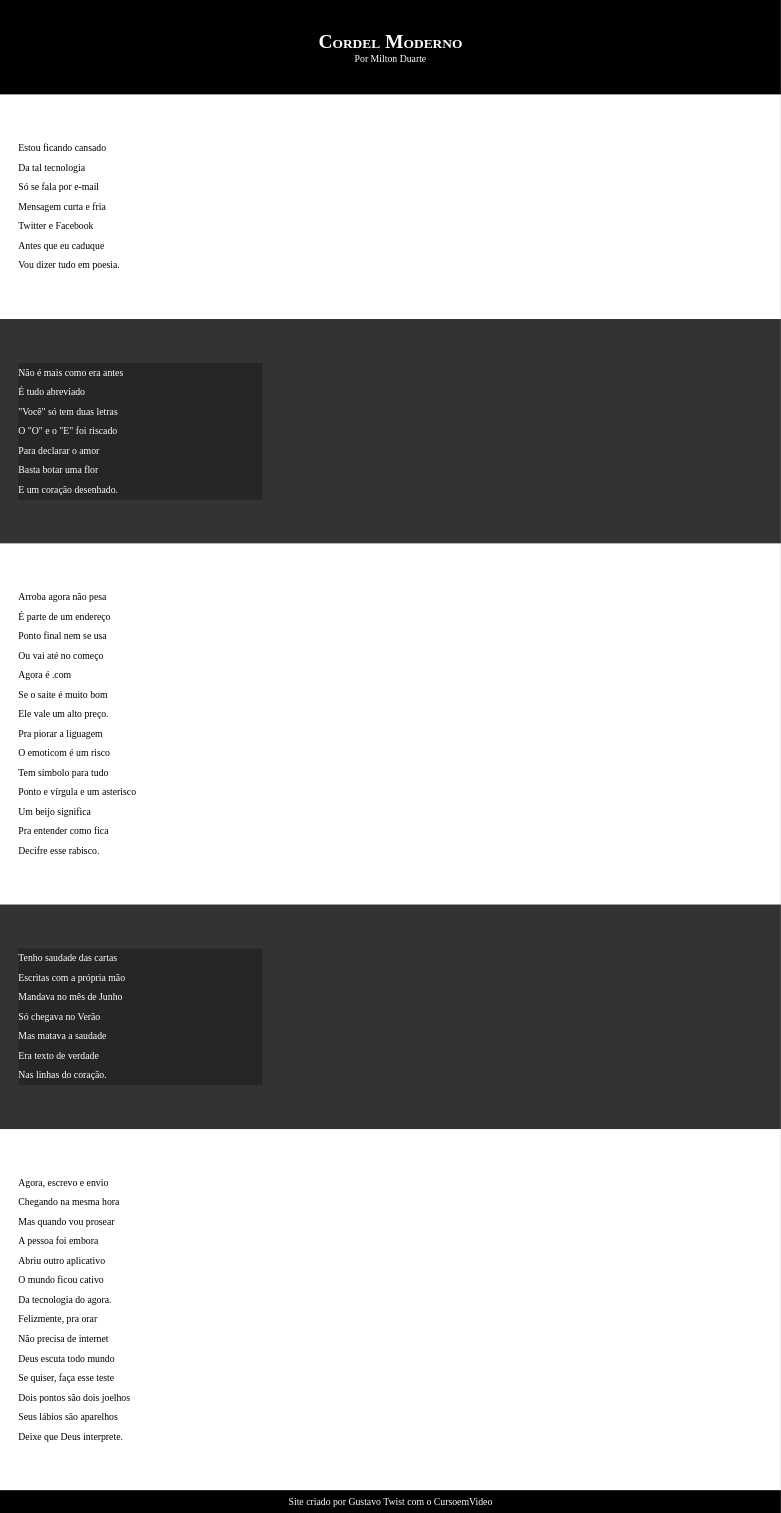
Repository: gustavotwist/projeto-cordel
Page: index.html
An editor plug-in stored every save of this project. The page is shown before and after a run of saves, followed by the edit.
The browser window is 1280 px wide. The pictures show the whole page, at 61% of full size.
Some web fonts or font styles are not loaded; a fallback is used.

Above is the page before, as saved 2024-04-23 19:29:22.

### index.html
<!DOCTYPE html>
<html lang="pt-br">
<head>
    <meta charset="UTF-8">
    <meta name="viewport" content="width=device-width, initial-scale=1.0">
    <title>Cordel Moderno</title>
    <link rel="stylesheet" href="estilo/style.css">
</head>
<body>
    <header>
        <h1>
            Cordel Moderno
        </h1>
        <p>
            Por <a href="https://www.recantodasletras.com.br/poesias/3186743" target="_blank">Milton Duarte</a>
        </p>
    </header>

    <section class="normal">
        <p>
            Estou ficando cansado <br>
            Da tal tecnologia <br>
            Só se fala por e-mail <br>
            Mensagem curta e fria <br>
            Twitter e Facebook <br>
            Antes que eu caduque <br>
            Vou dizer tudo em poesia.
        </p>
    </section>

    <section class="imagem">
        <p>
            Não é mais como era antes <br>
            É tudo abreviado <br>
            "Você" só tem duas letras <br>
            O "O" e o "E" foi riscado <br>
            Para declarar o amor <br>
            Basta botar uma flor <br>
            E um coração desenhado.
        </p>
    </section>

    <section class="normal">
        <p>
            Arroba agora não pesa <br>
            É parte de um endereço <br>
            Ponto final nem se usa <br>
            Ou vai até no começo <br>
            Agora é .com <br>
            Se o saite é muito bom <br>
            Ele vale um alto preço. <br>
        </p>

        <p>
            Pra piorar a liguagem <br>
            O emoticom é um risco <br>
            Tem símbolo para tudo <br>
            Ponto e vírgula e um asterisco <br>
            Um beijo significa <br>
            Pra entender como fica <br>
            Decifre esse rabisco.
        </p>
    </section>

    <section class="imagem">
        <p>
            Tenho saudade das cartas <br>
            Escritas com a própria mão <br>
            Mandava no mês de Junho <br>
            Só chegava no Verão <br>
            Mas matava a saudade <br>
            Era texto de verdade <br>
            Nas linhas do coração.
        </p>
    </section>

    <section class="normal">
        <p>
            Agora, escrevo e envio <br>
            Chegando na mesma hora <br>
            Mas quando vou prosear <br>
            A pessoa foi embora <br>
            Abriu outro aplicativo <br>
            O mundo ficou cativo <br>
            Da tecnologia do agora.
        </p>


        <p>
            Felizmente, pra orar <br>
            Não precisa de internet <br>
            Deus escuta todo mundo <br>
            Se quiser, faça esse teste <br>
            Dois pontos são dois joelhos <br>
            Seus lábios são aparelhos <br>
            Deixe que Deus interprete.
        </p>
    </section>

    <footer>
        <p>Site criado por <a href="https://github.com/gustavotwist" target="_blank">Gustavo Twist</a> com o <a href="https://www.cursoemvideo.com" target="_blank">CursoemVideo</a></p>
    </footer>
</body>
</html>

### estilo/style.css
@charset "UTF-8";

@import url('https://fonts.googleapis.com/css2?family=Passion+One:wght@400;700;900&family=Sriracha&display=swap');

:root {
    --fonte1: Verdana, Geneva, Tahoma, sans-serif;
}

* {
    margin: 0px;
    padding: 0px;
    font-family: Verdana,;
}

html, body {
    min-height: 100vh;
    background-color: darkgray;
}

header {
    background-color: black;
    color: white;
    text-align: center;
}

header > h1 {
    padding-top: 50px;
    font-variant: small-caps;
}

header > p {
    padding-bottom: 50px;
}

header a, footer a {
    color: white;
    text-decoration: none;
}

header a:hover, footer a:hover {
    text-decoration: underline;
}

section {
    padding-top: 10vh;
    padding-bottom: 10vh;
    line-height: 2em;
    padding-left: 30px;
}

section.normal {
    background-color: white;
    color: black;
}

section.imagem {
    background-color: rgb(51, 51, 51);
    color: white;
}

section.imagem > p {
    width: 400px;
    background-color: rgb(0, 0, 0, 0.253);

}

footer {
    background-color: black;
    color: white;
    text-align: center;
    padding: 10px;
}

After the next 2 saves:
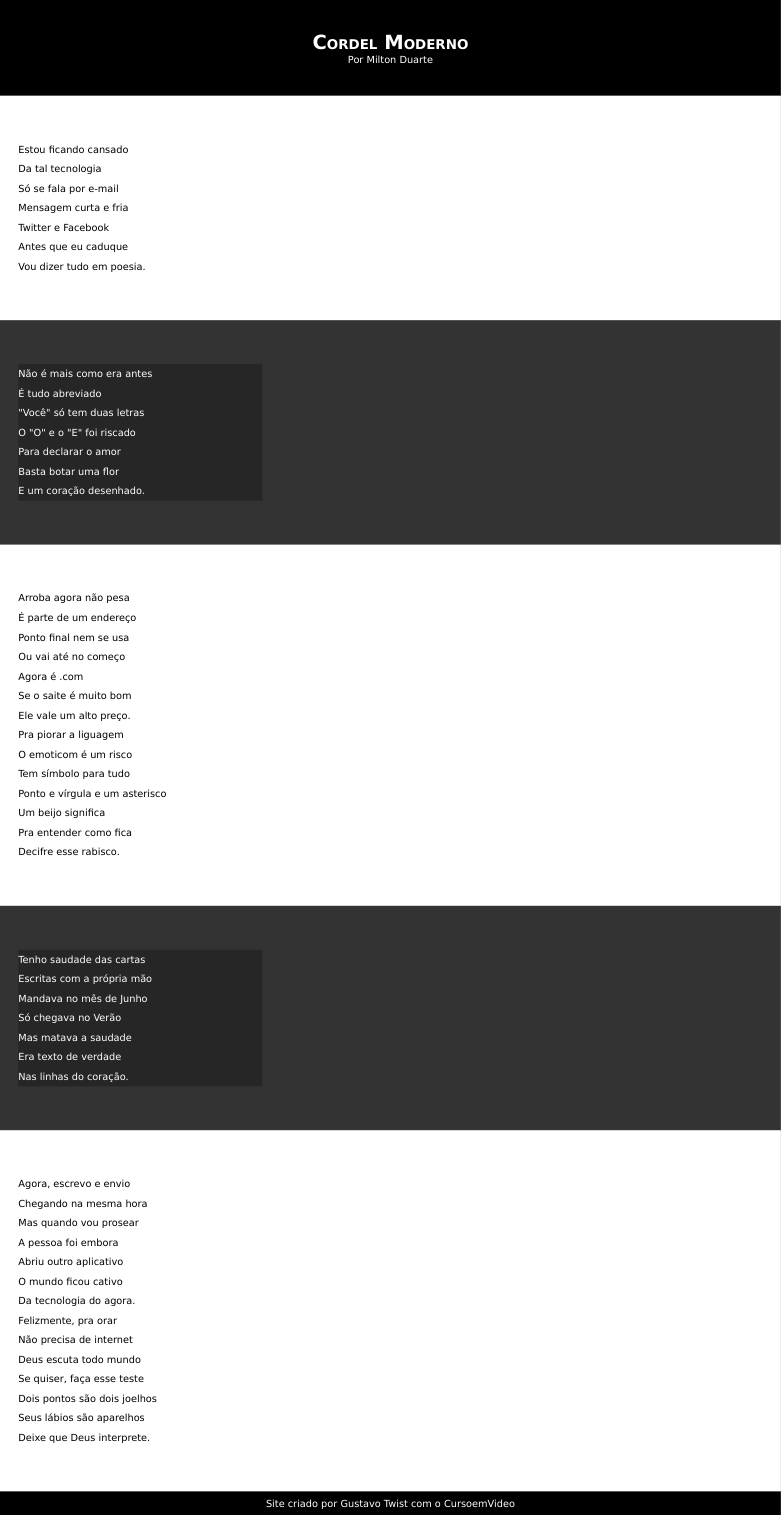
The 2 saves are shown as one change because they came seconds apart.
The last was saved 9 s later.
--- a/estilo/style.css
+++ b/estilo/style.css
@@ -9,7 +9,7 @@
 * {
     margin: 0px;
     padding: 0px;
-    font-family: Verdana,;
+    font-family: Verdana, Genova;
 }
 
 html, body {

After the 6 saves that followed:
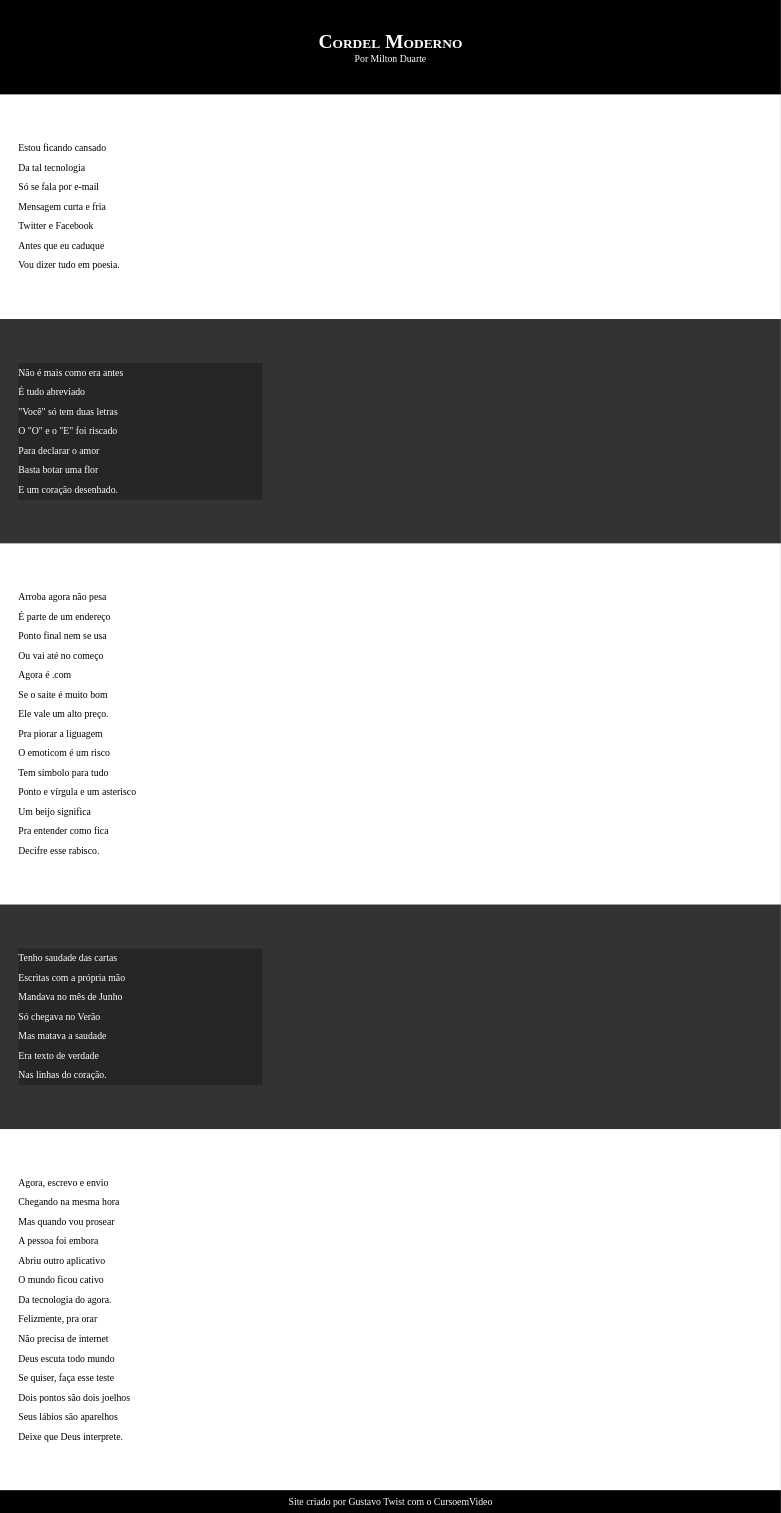
The 6 saves are shown as one change because 1 left the picture as it was and some came seconds apart.
The last was saved 22 s later.
--- a/estilo/style.css
+++ b/estilo/style.css
@@ -9,7 +9,7 @@
 * {
     margin: 0px;
     padding: 0px;
-    font-family: Verdana, Genova;
+    font-family: Verdana, Genova, Tahoma,;
 }
 
 html, body {
